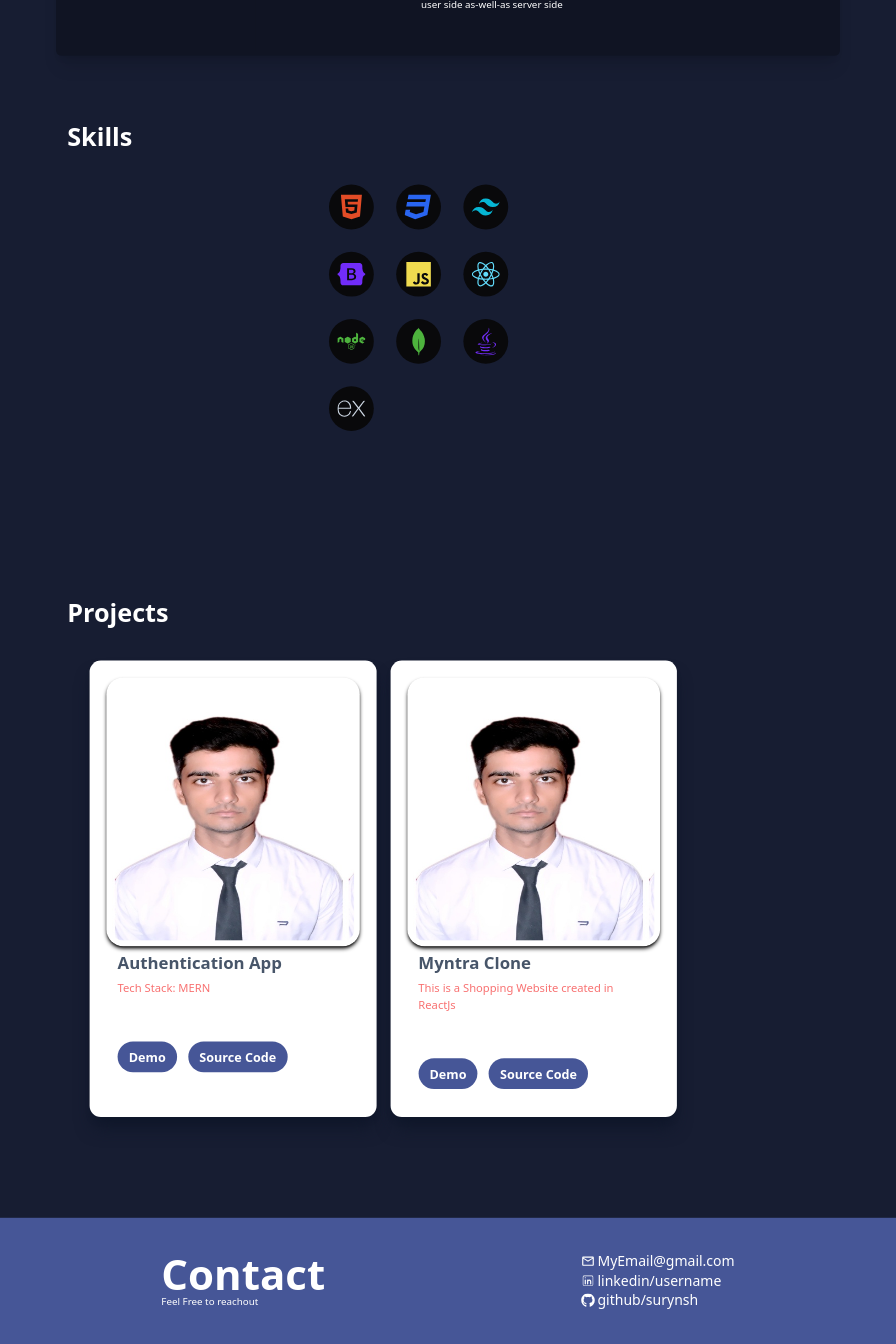
Repository: suryanshsingh99181/portfolio
Page: /
These files come from the project's save history. The page is drawn as it stood at one moment and after the next save; the edit follows.
The browser window is 1280 px wide. The pictures show the part of the page from y = 1014 to 2934 px (the page is 2934 px tall before and 2910 px after), at 70% of full size.
The project was rebuilt for these pictures with package versions that can differ from the ones it lists, and the page was loaded fresh each time. Also part of the build but not shown: vite.config.js.

Above is the page before, as saved 2024-08-22 15:16:49.

### src/main.jsx
import { StrictMode } from "react";
import { createRoot } from "react-dom/client";
import App from "./App.jsx";
import "./index.css";
import { BrowserRouter, Router } from "react-router-dom";

createRoot(document.getElementById("root")).render(
  <StrictMode>
    <App />
  </StrictMode>
);

### src/App.jsx
import Experience from "./Components/experience/Experience";
import Footer from "./Components/footer/Footer";
import Home from "./Components/home/Home";
import Navbar from "./Components/navbar/Navbar";
import Projects from "./Components/Projects/Projects";
import Skills from "./Components/skills/Skills";
import "./index.css";

function App() {
  return (
    <div className="bg-[#171d32] h-auto w-full overflow-hidden">
      <Navbar></Navbar>
      <Home></Home>
      <Experience></Experience>
      <Skills></Skills>
      <Projects></Projects>
      <Footer></Footer>
    </div>
  );
}

export default App;

### src/Components/experience/Experience.jsx
import { InboxArrowDownIcon } from "@heroicons/react/16/solid";
import { TfiArrowRight } from "react-icons/tfi";
import image from "../../assets/proj.png";
import allstate_logo from "../../assets/Allstate-Logo-2017.png";

const Experience = () => {
  return (
    <div
      id="Experience"
      className="text-white md:flex overflow-hidden items-center md:flex-wrap md:justify-center bg-black shadow-xl mx-0 md:mx-20 bg-opacity-30 rounded-lg p-12"
    >
      <div>
        <h2 className="text-2xl md:text-4xl font-bold">Experience</h2>
        <div className="md:flex flex-wrap flex-col md:flex-row items-center">
          <img
            className="md:h-80 -ml-28 pr-10"
            src={image}
            alt="Experience Image"
          />
          <ul>
            <div className="flex gap-10 bg-slate-950 bg-opacity-45 mt-4 rounded-lg p-4 items-center">
              <span className="text-white">
                <h2 className=" leading-tight ">
                  Associate Consultant at Allstate Solution Pvt Ltd
                </h2>
                <p className="text-sm leading-tight font-thin">
                  August 2022 - Nov 2023
                </p>
                <ul className="text-sm p-2">
                  <li>ServiceNow developer</li>
                </ul>
              </span>
              <span>
                <img src={allstate_logo} className="w-28 text-[#0033A0]" />
              </span>
            </div>
            <div className="flex gap-3 py-4">
              <TfiArrowRight />
              <span className="w-96">
                <p className="text-sm md:text-md leading-tight">
                  Incident management, change management, problem management,
                  configuration management, asset management, and other
                </p>
              </span>
            </div>
            <div className="flex gap-3 py-4">
              <TfiArrowRight />
              <span className="w-96">
                <p className="text-sm md:text-md leading-tight">
                  Created Catalog Forms, Business Rules, Client Scripts, UI
                  Policies, Script Includes, UI Scripts, Scheduled Jobs, etc.
                </p>
              </span>
            </div>

            <div className="flex gap-3 py-4">
              <TfiArrowRight />
              <span className="w-96">
                <p className="text-sm md:text-md leading-tight">
                  Changed the workflow to flow designer as per the business
                  needs Performed the automation testing from user side
                  as-well-as server side
                </p>
              </span>
            </div>
          </ul>
        </div>
      </div>
    </div>
  );
};

export default Experience;

### src/Components/footer/Footer.jsx
import { CiLinkedin } from "react-icons/ci";
import { FaGithub } from "react-icons/fa";
import { MdOutlineEmail } from "react-icons/md";

const Footer = () => {
  return (
    <div
      id="Contact"
      className="flex justify-around bg-[#465697] text-white p-10 md:p-12 items-center"
    >
      <div>
        <h1 className="text-2xl md:text-6xl font-bold">Contact</h1>
        <h3 className="text-2xl md:text-sm font-normal ">
          Feel Free to reachout
        </h3>
      </div>
      <ul className="text-sm md:text-xl">
        <li className="flex gap-1 items-center">
          <MdOutlineEmail />
          MyEmail@gmail.com
        </li>
        <li className="flex gap-1 items-center">
          <CiLinkedin />
          linkedin/username
        </li>
        <li className="flex gap-1 items-center">
          <FaGithub />
          github/surynsh
        </li>
      </ul>
    </div>
  );
};

export default Footer;
<div></div>;

### src/Components/home/Home.jsx
import React from "react";
import image from "../../assets/suryansh.jpg";
import TextChanger from "../../TextChanger";

const Home = () => {
  return (
    <div className="text-white flex w-full justify-between items-start p-10 md:p-20">
      <div className="md:w-2/4 md:pt-10 mt-10">
        <h1 className="text-3xl md:text-6xl font-bold flex leading-normal tracking-tighter ">
          <TextChanger />
        </h1>
        <p className="text-sm md:text-2xl leading-tight tracking-tight font-serif mt-4">
          a MERN stack developer...
        </p>
        <button className=" bg-blue-500 mt-5 md:md-10 text-white py-2 px-3 text-sm md:text-lg md:px-4 hover:opacity-85 duration-300 hover:scale-105 font-semibold rounded-3xl bg-[#46]">
          Contact Me
        </button>
      </div>
      <div>
        <img
          className="h-96 w-96 rounded-full object-cover object-center p-2 border-4 border-[#FF7C00] shadow-[0_0_0_5px_rgba(0,0,0,1)]"
          src={image}
          alt=""
        />
      </div>
    </div>
  );
};

export default Home;

### src/Components/navbar/Navbar.jsx
import { RiCloseLine, RiMenu3Line } from "@remixicon/react";
import React, { useState } from "react";

const Navbar = () => {
  const [showMenu, setShowMenu] = useState(true);
  const [menu, openMenu] = useState(false);
  return (
    <nav className="flex flex-wrap justify-between md:items-center text-white px-10 md:px-20 bg-slate-800 ">
      <span className="text-2xl font-bold tracking-wide hover:text-cyan-200">
        Suryansh.
      </span>
      <ul
        className={`mx-24  py-2 mt-4 font-semibold md:-5 bg-black px-2 rounded-xl bg-opacity-30 md:border-none text-center md:bg-transparent md:static md:mx-0 md:flex gap-6 ${
          menu ? "block" : "hidden"
        }`}
      >
        <a href="#About">
          <li className="text-md transition-all duration-500 p-1 md:p-0 hover:text-cyan-200 hover:underline ">
            About
          </li>
        </a>
        <a href="#Experience">
          <li className="text-md transition-all duration-300 p-1 md:p-0 hover:text-cyan-200 hover:underline">
            Experience
          </li>
        </a>
        <a href="#Projects">
          <li className="text-md transition-all duration-300 p-1 md:p-0 hover:text-cyan-200 hover:underline">
            Projects
          </li>
        </a>
        <a href="#Contact">
          <li className="text-md transition-all duration-300 p-1 md:p-0 hover:text-cyan-200 hover:underline">
            Contact
          </li>
        </a>
      </ul>
      {showMenu ? (
        <RiMenu3Line
          size={30}
          className="md:hidden absolute right-10 top-6 transition-all duration-300"
          onClick={() => {
            openMenu(!menu);
            setShowMenu(!showMenu);
          }}
        />
      ) : (
        <RiCloseLine
          size={30}
          className="md:hidden absolute right-10 top-6 transition-all duration-300"
          onClick={() => {
            openMenu(!menu);
            setShowMenu(!showMenu);
          }}
        />
      )}
    </nav>
  );
};

export default Navbar;

### src/Components/Projects/Projects.jsx
import ProjectCard from "./ProjectCard";

const Projects = () => {
  return (
    <div id="Projects" className="p-10 md:p-24 text-white">
      <h1 className="text-2xl md:text-4xl text-white font-bold">Projects</h1>
      <div className="py-12 px-8 flex flex-wrap gap-5">
        <ProjectCard title="Authentication App" main="Tech Stack: MERN" />
        <ProjectCard
          title="Myntra Clone"
          main="This is a Shopping Website created in ReactJs"
        />
      </div>
    </div>
  );
};

export default Projects;

### src/Components/skills/Skills.jsx
import {
  FaCss3,
  FaFigma,
  FaGoogle,
  FaHtml5,
  FaJava,
  FaJs,
  FaNode,
  FaReact,
} from "react-icons/fa";
import {
  SiBootstrap,
  SiExpress,
  SiMongodb,
  SiRadixui,
  SiTailwindcss,
} from "react-icons/si";

import image from "../../assets/proj.png";

const Skills = () => {
  return (
    <div id="Skills" className="p-10 md:p-24">
      <h1 className="text-2xl md:text-4xl text-white font-bold">Skills</h1>
      <div className="flex flex-wrap items-center justify-around">
        <div className="flex flex-wrap md:w-2/5 gap-8 md:p-12 py-10">
          <span className="p-3 bg-zinc-950 flex items-center rounded-full ">
            <FaHtml5 className=" text-[#e34c26] w-10 h-10" />
          </span>
          <span className="p-3 bg-zinc-950 flex items-center rounded-full ">
            <FaCss3 className=" text-[#2965f1] w-10 h-10" />
          </span>
          <span className="p-3 bg-zinc-950 flex items-center rounded-full ">
            <SiTailwindcss className=" text-[#06b6d4] w-10 h-10" />
          </span>
          <span className="p-3 bg-zinc-950 flex items-center rounded-full ">
            <SiBootstrap className=" text-[#712CF9] w-10 h-10" />
          </span>
          <span className="p-3 bg-zinc-950 flex items-center rounded-full ">
            <FaJs className="text-[#f0db4f] w-10 h-10" />
          </span>
          <span className="p-3 bg-zinc-950 flex items-center rounded-full ">
            <FaReact className=" text-[#61dbfb] w-10 h-10" />
          </span>

          <span className="p-3 bg-zinc-950 flex items-center rounded-full ">
            <FaNode className="text-[#4db33d] w-10 h-10" />
          </span>

          <span className="p-3 bg-zinc-950 flex items-center rounded-full ">
            <SiMongodb className="text-[#4db33d] w-10 h-10" />
          </span>
          <span className="p-3 bg-zinc-950 flex items-center rounded-full ">
            <FaJava className="text-[#712CF5] w-10 h-10" />
          </span>
          <span className="p-3 bg-zinc-950 flex items-center rounded-full ">
            <SiExpress className="text-slate-300 w-10 h-10" />
          </span>
        </div>
      </div>
    </div>
  );
};

export default Skills;

### src/TextChanger.jsx
import { useState, useEffect } from "react";

const TextChanger = () => {
  const texts = ["Hi I am Suryansh", "Hi I am Suryansh", "Hi I am Suryansh"];
  const [currentText, setCurrentText] = useState("");
  const [endValue, setEndValue] = useState(true);
  const [isForward, setIsForward] = useState(true);
  const [index, setIndex] = useState(0);

  useEffect(() => {
    const intervalId = setInterval(() => {
      setCurrentText(texts[index].substring(0, endValue));
      if (isForward) {
        setEndValue((prev) => prev + 1);
      } else {
        setEndValue((prev) => prev - 1);
      }
      if (endValue > texts[index].length + 10) {
        setIsForward(false);
      }
      if (endValue < 2.1) {
        setIsForward(true);
        setIndex((prev) => prev & texts.length);
      }
    }, 50);
    return () => clearInterval(intervalId);
  }, [endValue, isForward, index, texts]);
  return <div className="transition ease duration-300">{currentText}</div>;
};

export default TextChanger;

### src/Components/Projects/ProjectCard.jsx
import suryansh from "../../assets/suryansh.jpg";

const ProjectCard = ({ title, main }) => {
  return (
    <div className="w-2/5 p-2 md:p-6 flex flex-col bg-white shadow-xl shadow-slate-900 rounded-2xl">
      <img
        className="p-2 rounded-3xl shadow-md shadow-black h-96"
        src={suryansh}
        alt="bannerimage"
      />
      <h3 className=" pt-2 px-4 text-xl md:text-2xl font-semibold leading-normal text-slate-600">
        {title}
      </h3>
      <p className="px-4 text-sm md:text-base leading-tight py-2 text-red-400">
        {main}
      </p>
      <div className="md:p-4 flex gap-2 md:gap-4 ">
        <button className="md:mt-10 text-white py-2 px-3 text-sm md:text-lg md:py-2 md:px-4 hover:opacity-85 duration-300 hover:scale-105 font-semibold rounded-3xl bg-[#465697]">
          Demo
        </button>
        <button className="md:mt-10 text-white py-2 px-3 text-sm md:text-lg md:py-2 md:px-4 hover:opacity-85 duration-300 hover:scale-105 font-semibold rounded-3xl bg-[#465697]">
          Source Code
        </button>
      </div>
    </div>
  );
};

export default ProjectCard;

Loaded but not shown: index.html (common file); src/index.css (common file); tailwind.config.js (common file)

After the next save:
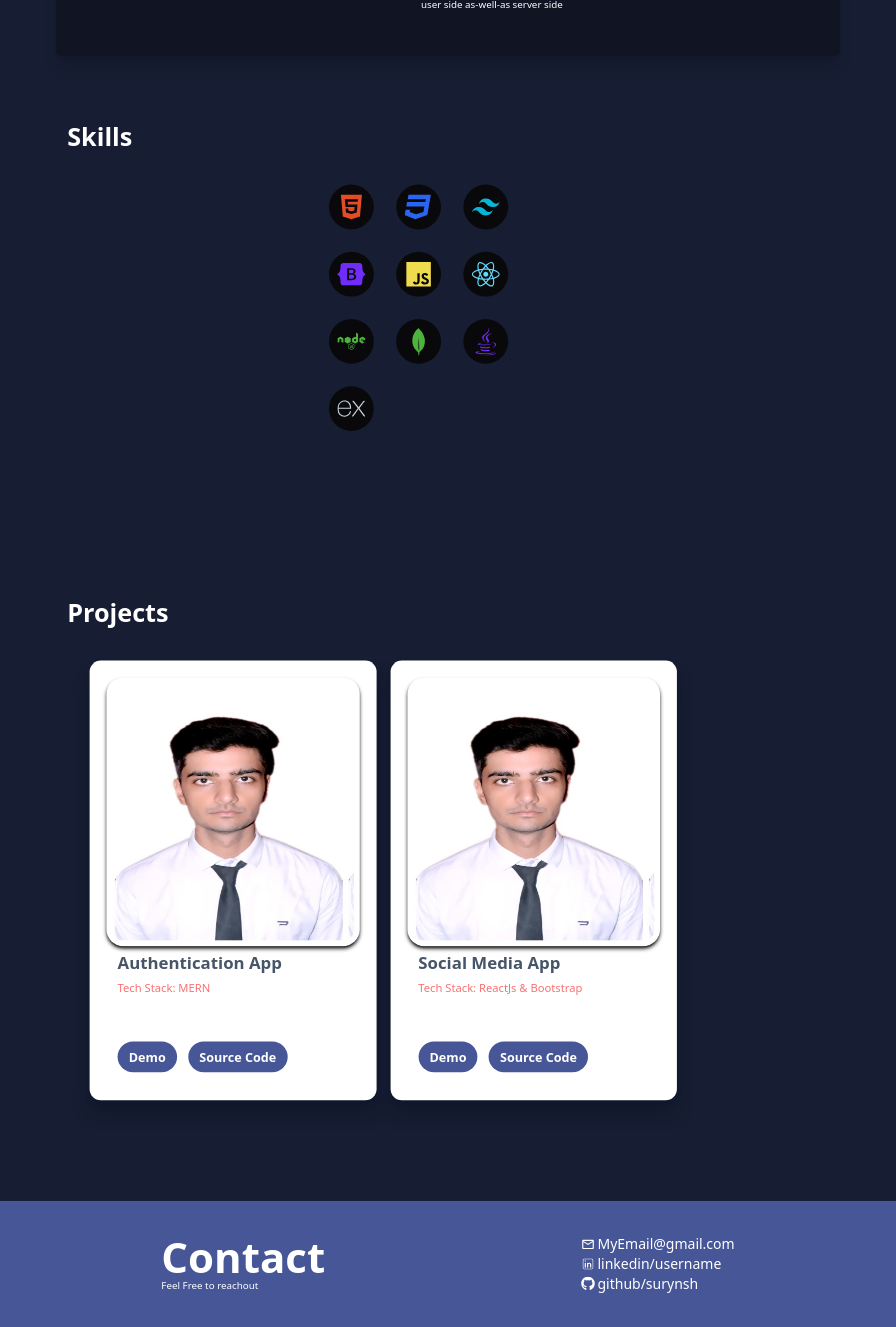
Saved 55 s later.
--- a/src/Components/Projects/Projects.jsx
+++ b/src/Components/Projects/Projects.jsx
@@ -7,8 +7,8 @@
       <div className="py-12 px-8 flex flex-wrap gap-5">
         <ProjectCard title="Authentication App" main="Tech Stack: MERN" />
         <ProjectCard
-          title="Myntra Clone"
-          main="This is a Shopping Website created in ReactJs"
+          title="Social Media App"
+          main="Tech Stack: ReactJs & Bootstrap"
         />
       </div>
     </div>
